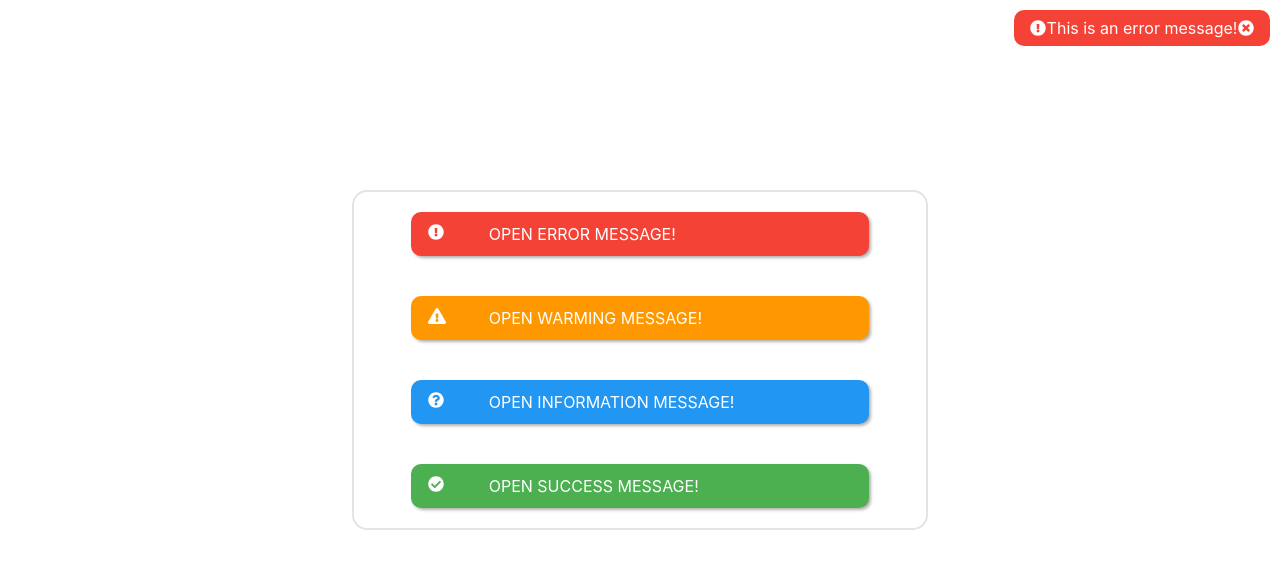
Repository: KrzysKolo/sr_tydzien5_zad2
Page: /, after clicking the first element matching `div.btn`
The author's editor kept a copy of each file at every save. The page is drawn from the files as they stood at one save, then again after the next save.
The browser window is 1280 px wide. The pictures show the whole page.
The project was rebuilt for these pictures with package versions that can differ from the ones it lists, and the page was loaded fresh each time.

Above is the page before, as saved 2020-12-28 05:35:05.

### public/index.html
<!DOCTYPE html>
<html lang="en">
  <head>
    <meta charset="utf-8" />
    <link rel="icon" href="%PUBLIC_URL%/favicon.ico" />
    <meta name="viewport" content="width=device-width, initial-scale=1" />
    <meta name="theme-color" content="#000000" />
    <meta
      name="description"
      content="Web site created using create-react-app"
    />
    <link rel="apple-touch-icon" href="%PUBLIC_URL%/logo192.png" />
    <!--
      manifest.json provides metadata used when your web app is installed on a
      user's mobile device or desktop. See https://developers.google.com/web/fundamentals/web-app-manifest/
    -->
    <link rel="manifest" href="%PUBLIC_URL%/manifest.json" />
    <!--
      Notice the use of %PUBLIC_URL% in the tags above.
      It will be replaced with the URL of the `public` folder during the build.
      Only files inside the `public` folder can be referenced from the HTML.

      Unlike "/favicon.ico" or "favicon.ico", "%PUBLIC_URL%/favicon.ico" will
      work correctly both with client-side routing and a non-root public URL.
      Learn how to configure a non-root public URL by running `npm run build`.
    -->
    <title>Zad 2 - snackbar</title>
  </head>
  <body>
    <noscript>You need to enable JavaScript to run this app.</noscript>
    <div id="root"></div>
    <!--
      This HTML file is a template.
      If you open it directly in the browser, you will see an empty page.

      You can add webfonts, meta tags, or analytics to this file.
      The build step will place the bundled scripts into the <body> tag.

      To begin the development, run `npm start` or `yarn start`.
      To create a production bundle, use `npm run build` or `yarn build`.
    -->
  </body>
</html>

### src/App.js
import React from 'react';
import Buttons from './components/Buttons';
import './App.css';
const App = () => {
  return (
    <div className="wrapper--btn">
      <Buttons />
    </div>
  )
}

export default App;

### src/components/Buttons.js
import React from 'react';
import ButtonsData from './../data/ButtonsData';
import Button from './Button';


const Buttons = () => {

    return (
        <>
            {ButtonsData.map(button =>
                <Button key={button.id} data={button} />
            )}

        </>
    )
}

export default Buttons;

### src/App.css
* {
  box-sizing: border-box;
  margin: 0;
}
body {
  width: 100vw;
  height: 100vh;
  display: flex;
  flex-direction: row;
  justify-content: center;
  align-items: center;
}
.wrapper--btn {
  border: 2px solid #e3e3e3;
  border-radius: 15px;
  width: 45vw;
  display: flex;
  flex-direction: column;
  justify-content: center;
  align-items: center;
}
.btn {
  border-radius: 10px;
  color: rgb(240, 239, 244);
  cursor: pointer;
  outline: none;
  padding: 10px 15px;
  margin: 20px;
  width: 80%;
  display: grid;
  grid-template-columns: 0.5fr 3fr;
  box-shadow: 2px 2px 3px rgba(102, 102, 102, 0.5);
  transition: all 0.3s ease-in-out;
}
.snackbar {
  font-size: 1rem;
  padding: 10px 16px;
  border-radius: 10px;
  width: 20%;
  min-width: 250px;
  display: flex;
  flex-direction: row;
  justify-content: space-between;
  line-height: 1rem;
}
.error {
  color: white;
  background: rgb(244, 67, 54);
}

.success {
  color: rgb(124, 0, 0);
  background: rgb(76, 175, 80);
}
.information {
  color: yellow;
  background: rgb(33, 150, 243);
}

.warning {
  background: rgb(255, 152, 0);
  color: black;
}
.top-right {
  position: absolute;
  top: 10px;
  right: 10px;
}
.center-bottom {
  position: absolute;
  bottom: 30px;
  left: calc(100vw-50%);
}
.center-left {
  position: absolute;
  top: 25vh;
  left: 10px;
}
.bottom-right {
  position: absolute;
  bottom: 10px;
  right: 10px;
}

### src/data/ButtonsData.js
const ButtonsData = [
    {
      id: 0,
      name: "OPEN ERROR MESSAGE!",
      color: "rgb(244, 67, 54)",
      icon: "faExclamationCircle",
      type: "error",
      message: "This is an error message!",
      position: "top-right",
    },
    {
      id: 1,
      name: "OPEN WARMING MESSAGE!",
      color: "rgb(255, 152, 0)",
      icon: "faExclamationTriangle",
      type: "warning",
      message: "This is a warning message!",
      position: "center-bottom",
    },
    {
      id: 2,
      name: "OPEN INFORMATION MESSAGE!",
      color: "rgb(33, 150, 243)",
      icon: "faQuestionCircle",
      type: "information",
      message: "This is an information message!",
      position:"center-left",
    },
    {
      id: 3,
      name: "OPEN SUCCESS MESSAGE!",
      color: "rgb(76, 175, 80)",
      icon: "faCheckCircle",
      type: "success",
      message: "This is a success message!",
      position: "bottom-right",
    },

  ]
 export default ButtonsData;

### src/components/Button.js
import React, { useState } from 'react';
import Icons from './Icons';
import Snackbar from './Snackbar';


const Button = ({data } ) => {

    const [isHover, setIsHover] = useState(false);
    const OutStyle = {
        border: `2px solid ${data.color}`,
        background: data.color,
        color: "#fff",
      };

      const OverStyle = {
        border: `2px solid ${data.color}`,
        backgroundColor: "#fff",
        color: data.color,

      };
    const [shownSnackbar, setShownSnackbar] = useState(false);
    const handleOpenSnackbar = () => {

        setShownSnackbar(true);

    };
    const handleCloseSnackbar = () => {

        setShownSnackbar(false);

    };
    return (
        <>

        <div className="btn"
        /* onClick={() => switchFunction(event)} */
        onClick={handleOpenSnackbar}
        style={isHover ? OverStyle : OutStyle}
        onMouseOver={() => setIsHover(true)}
        onMouseOut={() => setIsHover(false)}>
            <Icons icon={data.icon}/>
             {data.name}
        </div>
        {shownSnackbar && <Snackbar type={data.type} position={data.position} message={data.message} icon={data.icon} close={handleCloseSnackbar}/>}
        </>
    )
}

export default Button;

### src/components/Icons.js
import React from 'react';
import { FontAwesomeIcon } from '@fortawesome/react-fontawesome';
import { faCheckCircle, faQuestionCircle, faExclamationTriangle, faExclamationCircle } from '@fortawesome/free-solid-svg-icons';

const Icons = ({icon}) => {

        switch (icon) {
            case 'faExclamationCircle': return <FontAwesomeIcon icon={faExclamationCircle} />;
            case 'faExclamationTriangle': return <FontAwesomeIcon icon={faExclamationTriangle} />;
            case 'faQuestionCircle': return <FontAwesomeIcon icon={faQuestionCircle} />;
            case 'faCheckCircle': return <FontAwesomeIcon icon={faCheckCircle} />;
            default: return null;
            }



}

export default Icons;

### src/components/Snackbar.js
import React from 'react';
import Icons from './Icons';
import { FontAwesomeIcon } from '@fortawesome/react-fontawesome';
import { faTimesCircle } from '@fortawesome/free-solid-svg-icons';
const Snackbar = ({type, message, icon, position, close}) => {
    return (
        <div className={`snackbar ${type} ${position}`}>
           <Icons icon={icon} />{message}
           <FontAwesomeIcon className="close" icon={faTimesCircle} onClick={close}/>
        </div>
    )
}

export default Snackbar

Loaded but not shown: src/index.js (common file); src/index.css (common file)

After the next save:
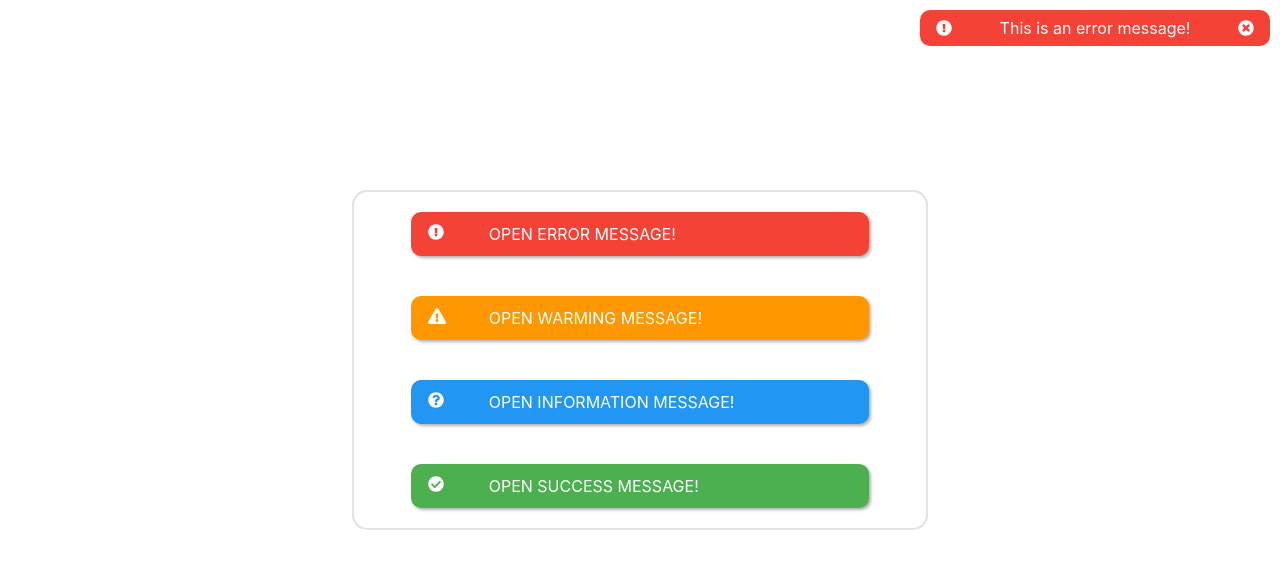
Saved 19 s later.
--- a/src/App.css
+++ b/src/App.css
@@ -37,7 +37,7 @@ body {
   padding: 10px 16px;
   border-radius: 10px;
   width: 20%;
-  min-width: 250px;
+  min-width: 350px;
   display: flex;
   flex-direction: row;
   justify-content: space-between;
